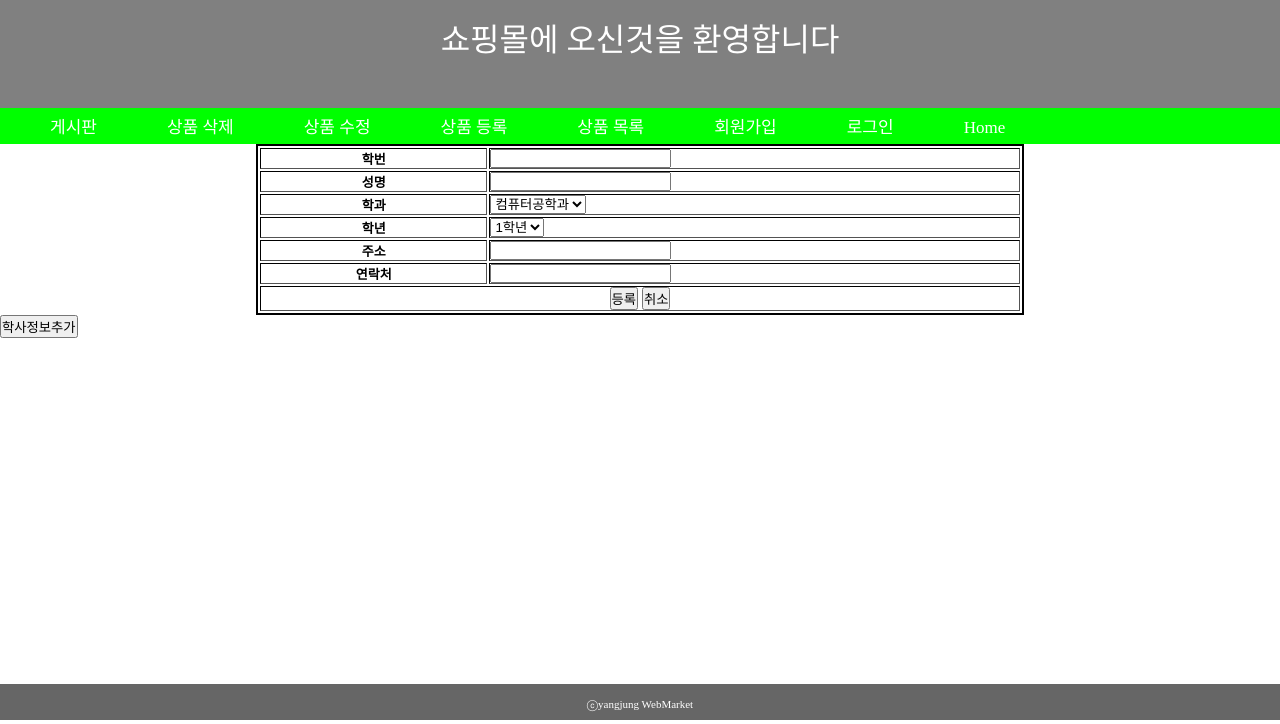
Repository: cccf777/-
Page: http://localhost/D0428/shop/hakInsert.jsp
The author's editor kept a copy of each file at every save. The page is drawn from the files as they stood at one save, then again after the next save.
The browser window is 1280 px wide. The pictures show the whole page.
The page is served by Tomcat 9.

Above is the page before, as saved 2021-04-28 01:31:23.

### workspace/D0428/src/main/webapp/shop/hakInsert.jsp
<%@ page language="java" contentType="text/html; charset=UTF-8"
    pageEncoding="UTF-8"%>
<!DOCTYPE html>
<html>
<head>
<meta charset="UTF-8">
<title>Insert title here</title>
<script>
function check(){
	if(document.form.studno.value==""){
		alert("학번이 입력되지 않음");
		document.form.studno.focus();
	}else if(document.form.name.value==""){
		alert("이름이 입력되지 않음");
		document.form.name.focus();
	}else{
		document.form.submit();
	}
}

</script>
</head>
<body>

<%@ include file="header.jsp" %>
<%@ include file="nav.jsp" %>
<section>
<form name="form" method="post" action="hakInsertProcess.jsp">
<table border="1" id="table1">
	<tr>
		<th width="30%">학번</th>
		<td><input type="text" name="studno" id="in1" <%-- value="<%=no %>" --%>></td>
	</tr>
	<tr>
		<th width="30%">성명</th>
		<td><input type="text" name="name" id="in1"></td>
	</tr>
	<tr>
		<th width="30%">학과</th>
		<td>
		<select name="dept" id="in1">
		<option value="1" selected>컴퓨터공학과</option>
		<option value="2">경영학과</option>
		<option value="3">경제학과</option>
		</select>
		</td>
	</tr>
	<tr>
		<th width="30%">학년</th>
		<td>
		<select name="position" id="in1">
		<option value="1" selected>1학년</option>
		<option value="2">2학년</option>
		<option value="3">3학년</option>
		</select>
		</td>
	</tr>
	<tr>
		<th width="30%">주소</th>
		<td><input type="text" name="address"  id="in1"></td>
	</tr>
	<tr>
		<th width="30%">연락처</th>
		<td><input type="text" name="phone"  id="in1"></td>
	</tr>
	<tr>
		<td colspan=2 class="center">
		<input type="button" value="등록" onclick="javascript:check()">
		<input type="reset" value="취소">
		</td>
	</tr>
</table>
</form>
<input type="button" value="학사정보추가" >
</section>
<%@ include file="footer.jsp" %>
</body>
</html>

### workspace/D0428/src/main/webapp/shop/header.jsp
<%@ page language="java" contentType="text/html; charset=UTF-8"
    pageEncoding="UTF-8"%>
<!DOCTYPE html>
<html>
<head>
<meta charset="UTF-8">
<title>Insert title here</title>
<link rel="stylesheet" href="common.css">
</head>
<body>
<header>쇼핑몰에 오신것을 환영합니다

</header>
</body>
</html>

### workspace/D0428/src/main/webapp/shop/nav.jsp
<%@ page language="java" contentType="text/html; charset=UTF-8"
    pageEncoding="UTF-8"%>
<!DOCTYPE html>
<html>
<head>
<meta charset="UTF-8">
<title>Insert title here</title>
<link rel="stylesheet" href="common.css">
</head>
<body>
<nav>
	<ul>
		<li><a href="index.jsp">Home</a></li>
		<li><a href="subInsert.jsp">로그인</a></li>
		<li><a href="teacherInsert.jsp">회원가입</a></li>
		<li><a href="hakSelect.jsp">상품 목록</a></li>
		<li><a href="subSelect.jsp">상품 등록</a></li>
		<li><a href="teacherSelect.jsp">상품 수정</a></li>
		<li><a href="index.jsp">상품 삭제</a></li>
		<li><a href="index.jsp">게시판</a></li>
	</ul>
</nav>
</body>
</html>

### workspace/D0428/src/main/webapp/shop/footer.jsp
<%@ page language="java" contentType="text/html; charset=UTF-8"
    pageEncoding="UTF-8"%>
<!DOCTYPE html>
<html>
<head>
<meta charset="UTF-8">
<title>Insert title here</title>
<link rel="stylesheet" href="common.css">
</head>
<body>
<footer>
ⓒyangjung WebMarket
</footer>
</body>
</html>

### workspace/D0428/src/main/webapp/shop/common.css
@charset "UTF-8";
header{
	height:15%;
	background:grey;
	color:#ffffff;
	text-align:center;
	line-height:80px;
	font-size:2em;
}

footer{
	height:5%;
	background:#666;
	color:#fff;
	text-align:center;
	line-height:40px;
	font-size:11px;
}
nav{
	height:5%;
	line-height:40px;
	background:lime;
	text-align:left;
}
nav ul{
	display:inline-block;
	list-style-type:none;
}
nav li{
	float:right;
	margin: 0 0 0 30px;
}
nav a{
	display:block;
	color:#ffffff;
	font-size:17px;
	text-decoration:none;
	padding:0 20px;
}

section{
	height:75%;
	width:100%;
	margin:0 auto;
	font-size:13px;
}
*{
	margin:0;
	padding:0;
}
html,body{
	height:100%;
	width:100%;
}

section table{
	width:70%;
	height:50%;
	margin:0 auto;
	border:2px solid black;
}
#table1{
	width:60%;
	height:50%;
	margin:0 auto;
	border:2px solid black;
}
#h3{
	text-align:center;
	padding:0.5% 0;
}
.center{
	text-align: center;
	font-size:1.2em;
}
#id1{
	height:30px;
	width:60%;
}
#t1{
	margin-left:25%;
}

After the next save:
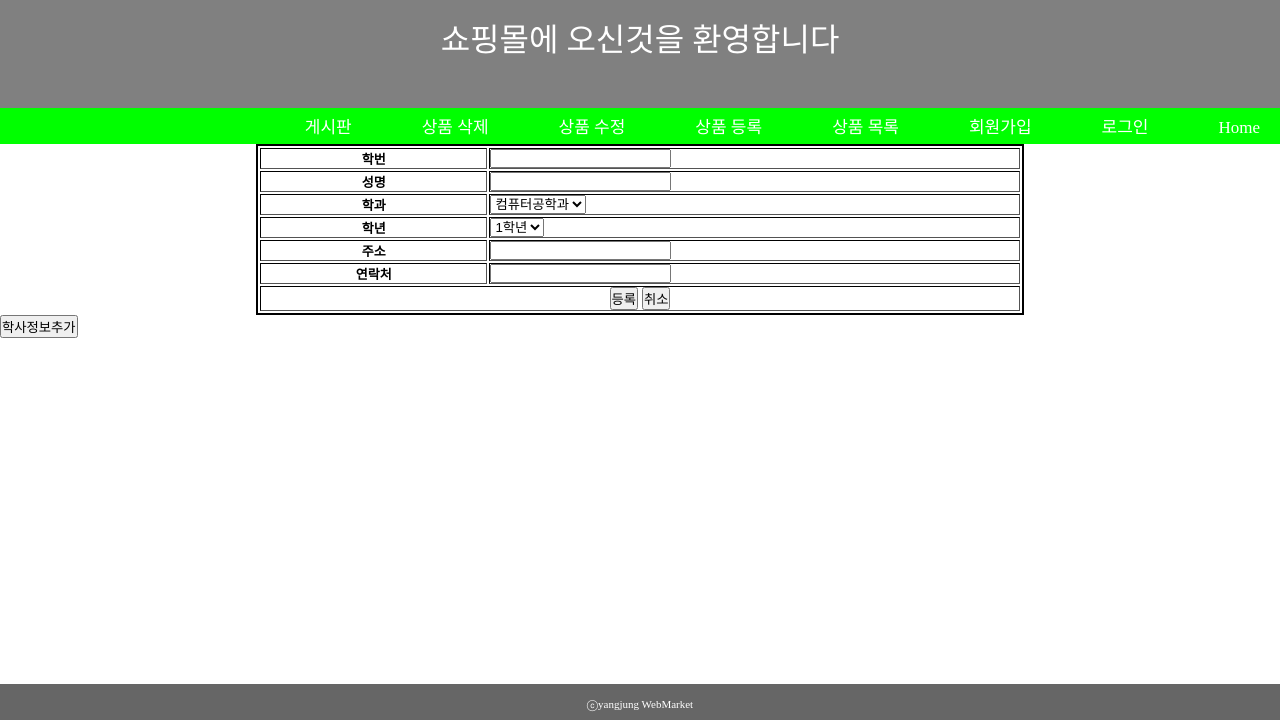
Saved 27 s later.
--- a/workspace/D0428/src/main/webapp/shop/common.css
+++ b/workspace/D0428/src/main/webapp/shop/common.css
@@ -20,7 +20,7 @@
 	height:5%;
 	line-height:40px;
 	background:lime;
-	text-align:left;
+	text-align:right;
 }
 nav ul{
 	display:inline-block;

After the save that followed:
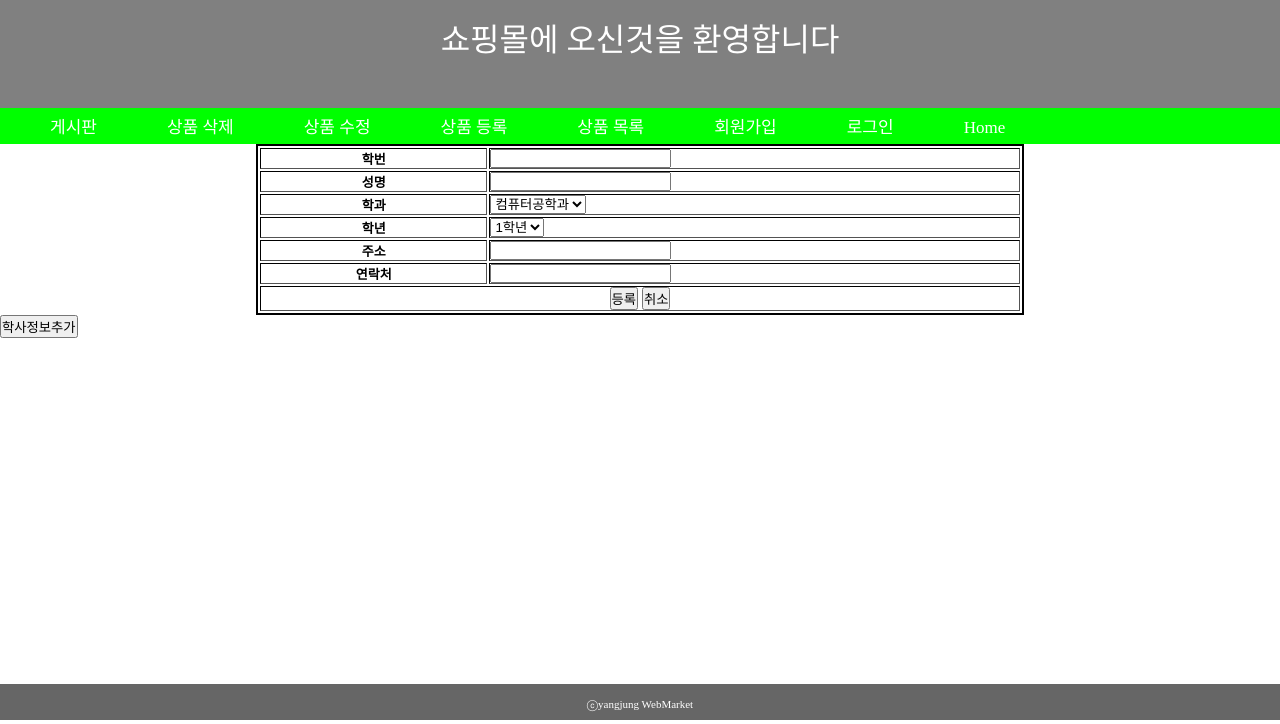
Saved 31 s later.
--- a/workspace/D0428/src/main/webapp/shop/common.css
+++ b/workspace/D0428/src/main/webapp/shop/common.css
@@ -20,7 +20,7 @@
 	height:5%;
 	line-height:40px;
 	background:lime;
-	text-align:right;
+	text-align:left;
 }
 nav ul{
 	display:inline-block;
